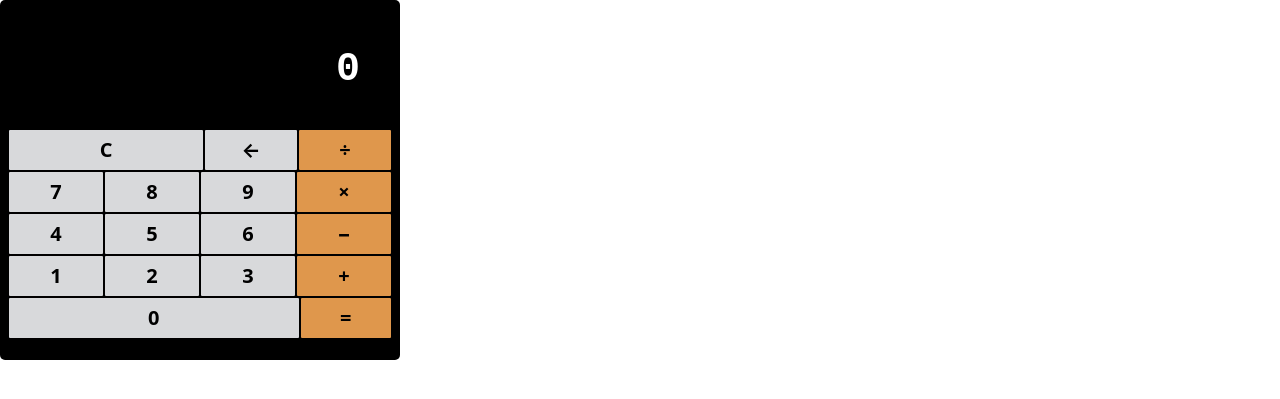
Repository: jgramirez0210/LAB-calculator
Page: index.html
The author's editor kept a copy of each file at every save. The page is drawn from the files as they stood at one save, then again after a run of saves.
The browser window is 1280 px wide. The pictures show the whole page.

Above is the page before, as saved 2023-10-10 21:29:02.

After the next 2 saves:
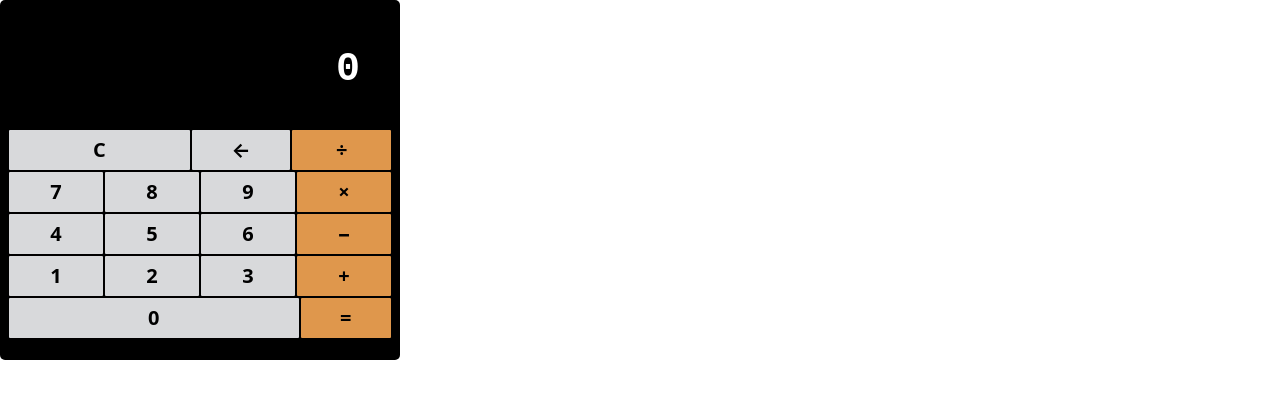
The 2 saves are shown as one change because they came seconds apart.
The last was saved 8 s later.
--- a/main.css
+++ b/main.css
@@ -59,7 +59,7 @@ button.function:active {
   background-color: #dd8d37;
 }
 button#wide {
-  flex: 2.5;
+  flex: 2.1;
 }
 button.xwide {
   flex: 4;
